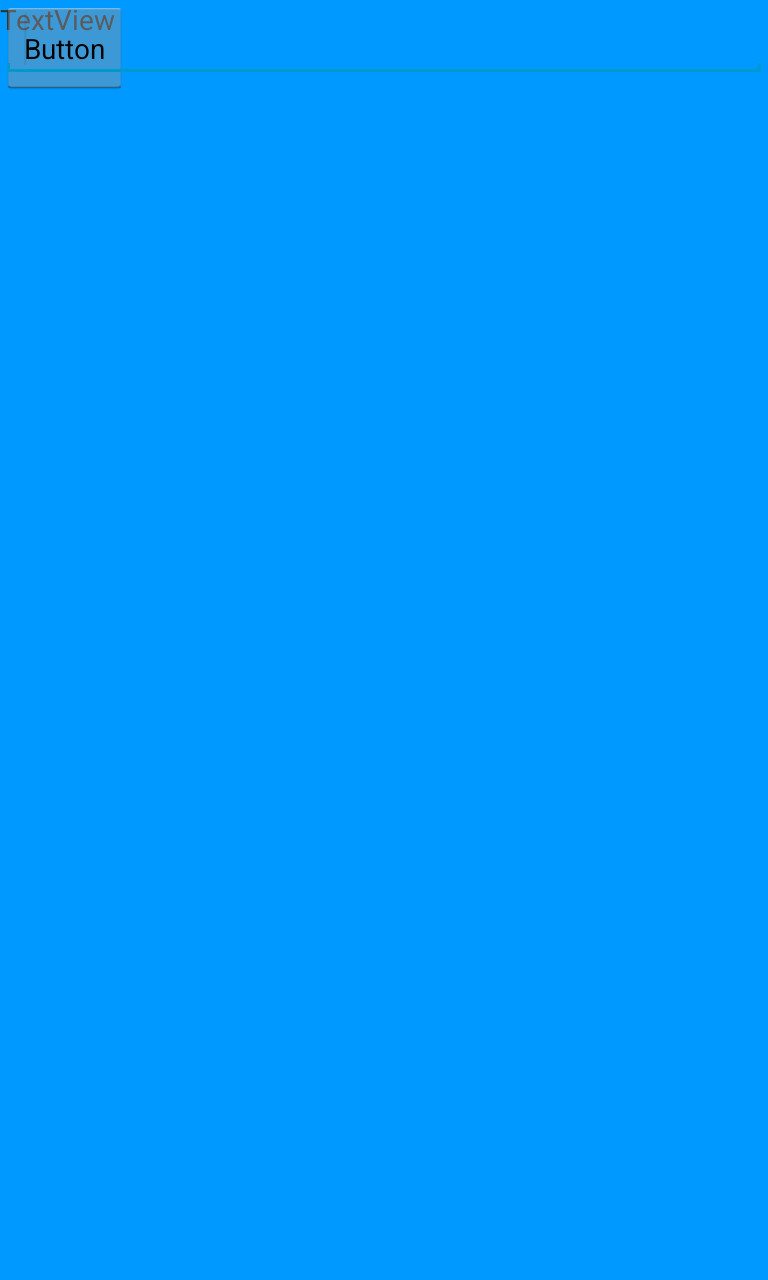
Repository: Clonedpirate/BtSshPwnPI
Layout: HackDroid/res/layout/terminal.xml
These files come from the project's save history. The layout is drawn as it stood at one moment and after the next save; the edit follows.
It is drawn on a 768 x 1280 px phone screen (xhdpi) without system bars, with theme AppTheme; the app's code is not run.

Above is the layout before, as saved 2014-06-18 13:18:44.

After the next save:
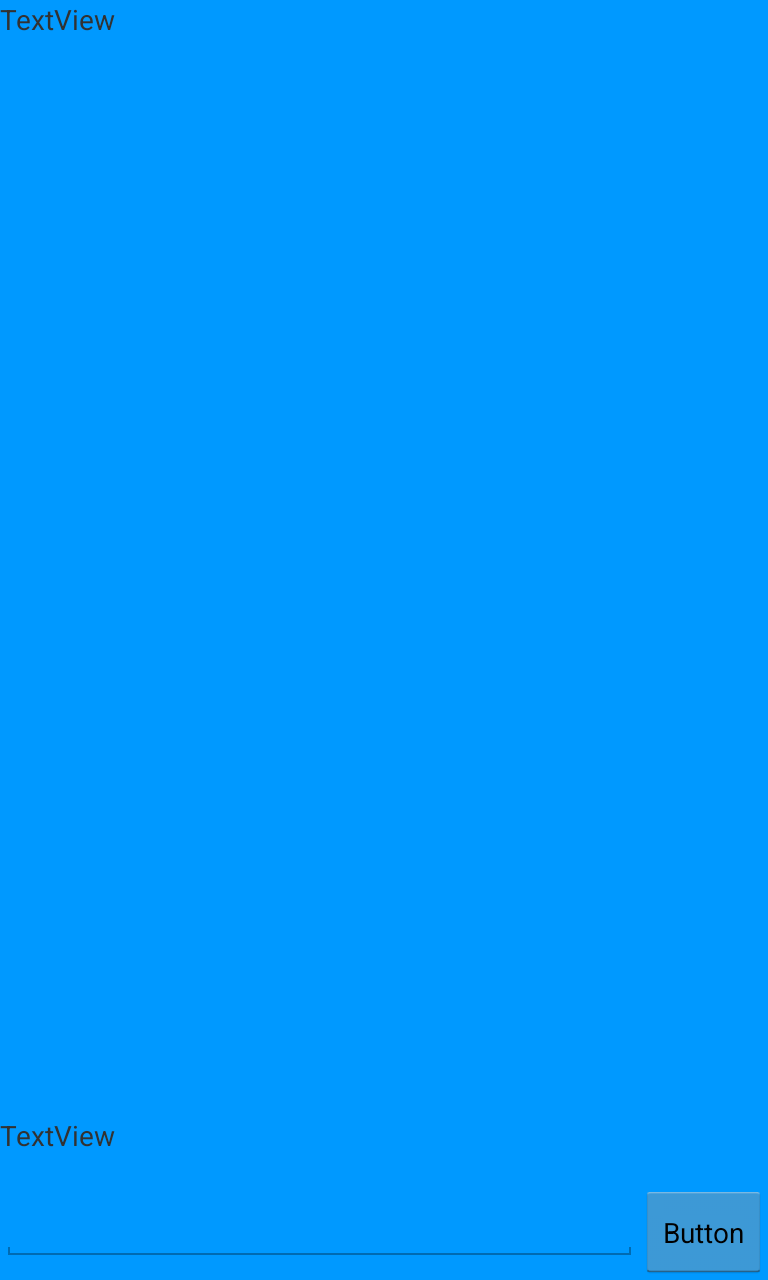
Saved 66 s later.
--- a/HackDroid/res/layout/terminal.xml
+++ b/HackDroid/res/layout/terminal.xml
@@ -4,26 +4,39 @@
     android:layout_height="match_parent"
     android:orientation="vertical" >
 
-    <TextView
-        android:id="@+id/terminal"
+    <EditText
+        android:id="@+id/editText1"
         android:layout_width="match_parent"
-        android:layout_height="351dp"
-        android:text="TextView" />
+        android:layout_height="wrap_content"
+        android:layout_alignTop="@+id/button1"
+        android:layout_toLeftOf="@+id/button1"
+        android:ems="10" />
 
     <Button
         android:id="@+id/button1"
         style="?android:attr/buttonStyleSmall"
         android:layout_width="wrap_content"
         android:layout_height="wrap_content"
+        android:layout_alignParentBottom="true"
+        android:layout_alignParentRight="true"
         android:text="Button" />
 
-    <EditText
-        android:id="@+id/editText1"
+    <TextView
+        android:id="@+id/terminal"
         android:layout_width="match_parent"
+        android:layout_height="351dp"
+        android:layout_alignParentLeft="true"
+        android:layout_alignParentTop="true"
+        android:text="TextView" />
+
+    <TextView
+        android:id="@+id/IPtext"
+        android:layout_width="wrap_content"
         android:layout_height="wrap_content"
-        android:ems="10" >
-
-        <requestFocus />
-    </EditText>
+        android:layout_above="@+id/editText1"
+        android:layout_alignParentLeft="true"
+        android:layout_alignParentRight="true"
+        android:layout_marginBottom="15dp"
+        android:text="TextView" />
 
 </RelativeLayout>
